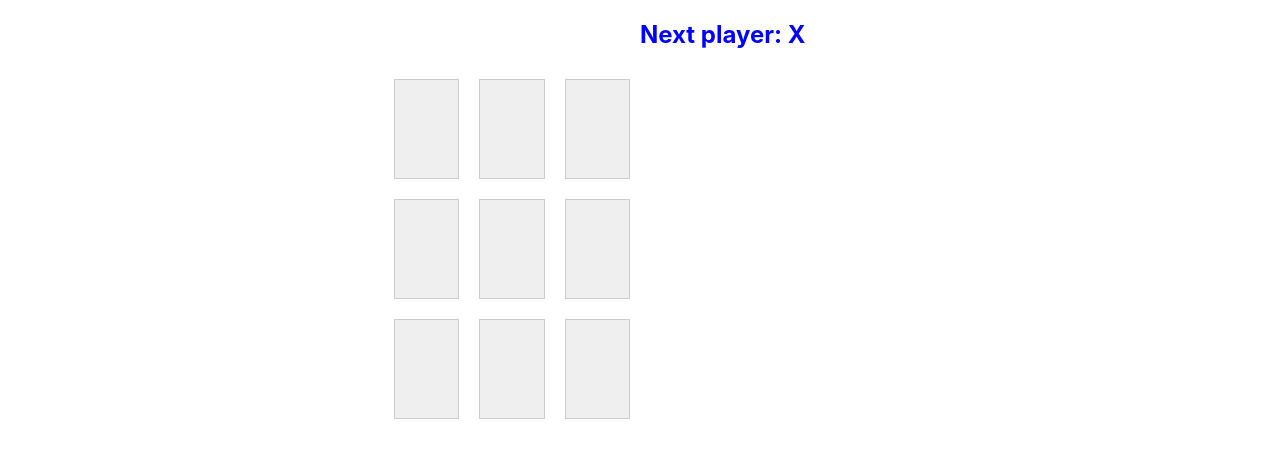
Repository: sedat-akdogan/React_Revision
Page: / (app in tic-tac-toe/)
The author's editor kept a copy of each file at every save. The page is drawn from the files as they stood at one save, then again after a run of saves.
The browser window is 1280 px wide. The pictures show the whole page.
The project was rebuilt for these pictures with package versions that can differ from the ones it lists, and the page was loaded fresh each time.

Above is the page before, as saved 2023-05-13 00:43:17.

### tic-tac-toe/src/index.css
body {
    margin: 0;
    font-family: -apple-system, BlinkMacSystemFont, 'Segoe UI', 'Roboto', 'Oxygen',
        'Ubuntu', 'Cantarell', 'Fira Sans', 'Droid Sans', 'Helvetica Neue',
        sans-serif;
    -webkit-font-smoothing: antialiased;
    -moz-osx-font-smoothing: grayscale;
}

code {
    font-family: source-code-pro, Menlo, Monaco, Consolas, 'Courier New',
        monospace;
}

.square {
    width: 100px;
    height: 100px;
    font-size: 24px;
    border: 1px solid #ccc;
    display: inline-block;
    justify-content: center;
    align-items: center;
}

.board-row {
    margin-left: 30%;
    margin-right: 50%;
    display: flex;
}

.board-row .square {
    margin: 10px;
}

.board-row:last-child .square {
    margin-bottom: 0;
}

.status {
    color: blue;
    font-size: 24px;
    margin-top: 20px;
    margin-bottom: 20px;
    margin-left: 50%;
    font-weight: bold;
}

### tic-tac-toe/src/App.js
import { useState } from 'react';


function Square({ value, onSquareClick }) {
    return (
        <button className="square" onClick={onSquareClick}>
            {value}
        </button>
    );
}

export default function Board() {
    const [xIsNext, setXIsNext] = useState(true);
    const [squares, setSquares] = useState(Array(9).fill(null));

    function handleClick(i) {
        if (squares[i] || calculateWinner(squares)) {
            return;
        }
        const nextSquares = squares.slice();
        if (xIsNext) {
            nextSquares[i] = 'X';
        } else {
            nextSquares[i] = 'O';
        }
        setSquares(nextSquares);
        setXIsNext(!xIsNext);
    }

    const winner = calculateWinner(squares);
    let status;
    if (winner) {
        status = "Winner: " + winner;
    } else {
        status = "Next player: " + (xIsNext ? "X" : "O");
    }

    return (
        <>
            <div className="status">{status}</div>
            <div className="board-row">
                <Square value={squares[0]} onSquareClick={() => handleClick(0)} />
                <Square value={squares[1]} onSquareClick={() => handleClick(1)} />
                <Square value={squares[2]} onSquareClick={() => handleClick(2)} />
            </div>
            <div className="board-row">
                <Square value={squares[3]} onSquareClick={() => handleClick(3)} />
                <Square value={squares[4]} onSquareClick={() => handleClick(4)} />
                <Square value={squares[5]} onSquareClick={() => handleClick(5)} />
            </div>
            <div className="board-row">
                <Square value={squares[6]} onSquareClick={() => handleClick(6)} />
                <Square value={squares[7]} onSquareClick={() => handleClick(7)} />
                <Square value={squares[8]} onSquareClick={() => handleClick(8)} />
            </div>
        </>
    );
}

function calculateWinner(squares) {
    const lines = [
        [0, 1, 2],
        [3, 4, 5],
        [6, 7, 8],
        [0, 3, 6],
        [1, 4, 7],
        [2, 5, 8],
        [0, 4, 8],
        [2, 4, 6]
    ];
    for (let i = 0; i < lines.length; i++) {
        const [a, b, c] = lines[i];
        if (squares[a] && squares[a] === squares[b] && squares[a] === squares[c]) {
            return squares[a];
        }
    }
    return null;
}

Loaded but not shown: tic-tac-toe/public/index.html (common file); tic-tac-toe/src/index.js (common file); tic-tac-toe/src/reportWebVitals.js (common file)

After the next 2 saves:
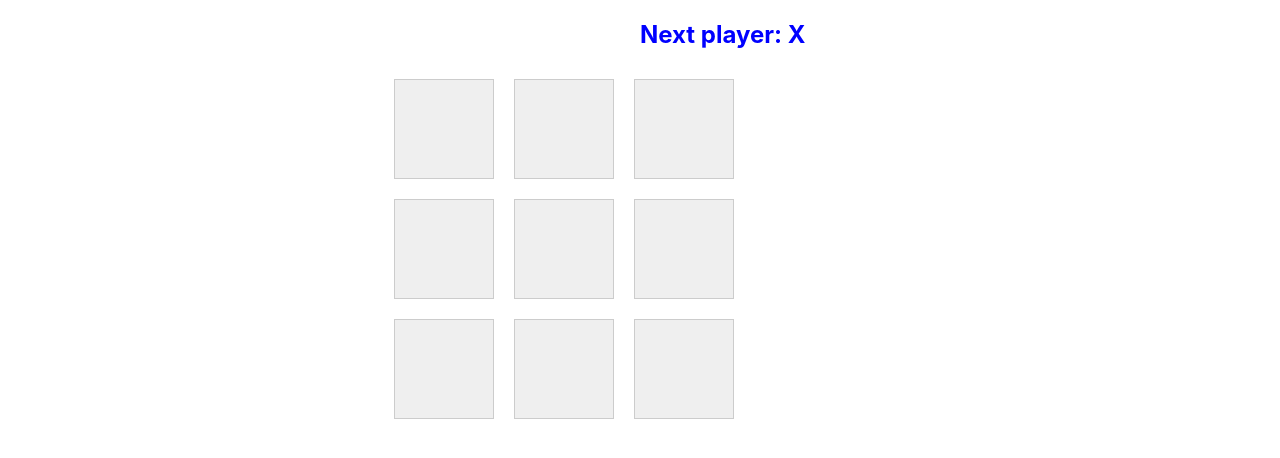
The 2 saves are shown as one change because they came seconds apart.
The last was saved 6 s later.
--- a/tic-tac-toe/src/index.css
+++ b/tic-tac-toe/src/index.css
@@ -24,7 +24,7 @@ code {
 
 .board-row {
     margin-left: 30%;
-    margin-right: 50%;
+    margin-right: 30%;
     display: flex;
 }
 
